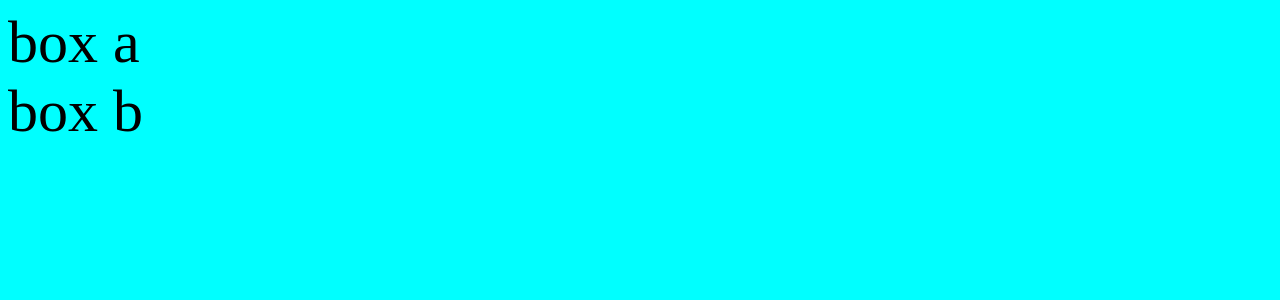
Repository: asifdotpy/testing-html-and-css
Page: index.html
The author's editor kept a copy of each file at every save. The page is drawn from the files as they stood at one save, then again after the next save.
The browser window is 1280 px wide. The pictures show the whole page.

Above is the page before, as saved 2021-02-14 00:22:41.

### index.html
<!DOCTYPE html>
<html lang="en">
<head>
  <title>Bootstrap Example</title>
  <meta charset="utf-8">
  <meta name="viewport" content="width=device-width, initial-scale=1">
  <link rel="stylesheet" href="main.css">
</head>
<body>
      <div class="a">box a</div>
      <div class="b">box b</div>
</body>
</html>

### main.css
* {
    background-color: aqua;
}

div.a {
    font-size: 60px;
    margin: 10px j;
}

div.b {
    font-size: 60px;
}

After the next save:
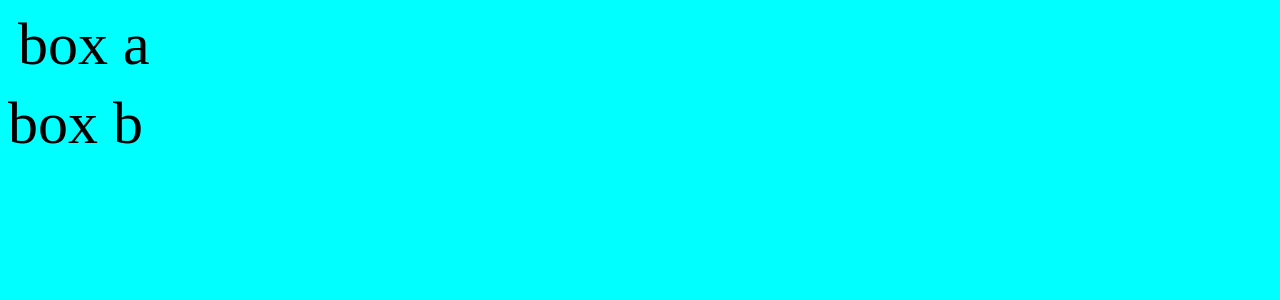
Saved 5 s later.
--- a/main.css
+++ b/main.css
@@ -4,7 +4,7 @@
 
 div.a {
     font-size: 60px;
-    margin: 10px j;
+    margin: 10px 10px ;
 }
 
 div.b {
